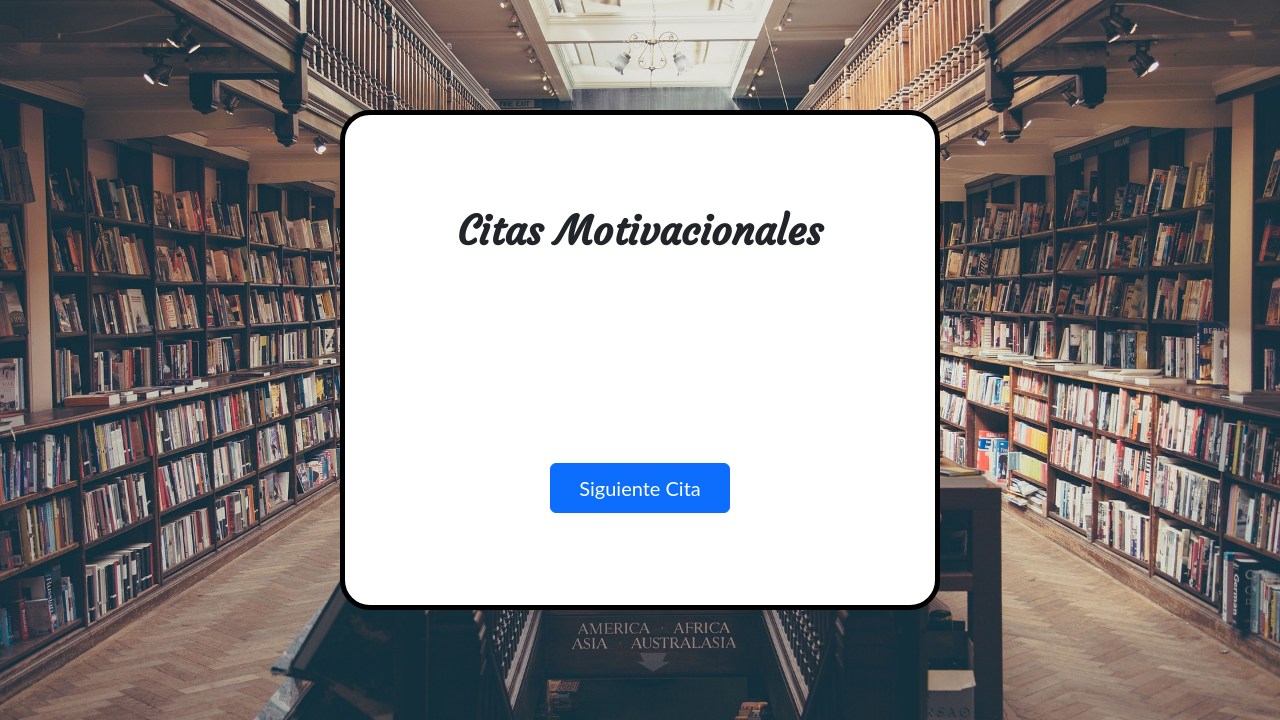
Repository: JoyMoGas/javascript-learn
Page: citas-aleatorias/index.html
The author's editor kept a copy of each file at every save. The page is drawn from the files as they stood at one save, then again after the next save.
The browser window is 1280 px wide. The pictures show the whole page.

Above is the page before, as saved 2024-05-12 17:53:06.
Console error: TypeError: Cannot read properties of undefined (reading 'texto')

### citas-aleatorias/index.html
<!DOCTYPE html>
<html lang="en">
  <head>
    <meta charset="UTF-8" />
    <meta name="viewport" content="width=device-width, initial-scale=1.0" />
    <title>Citas Aleatorias</title>
    <link href="https://cdn.jsdelivr.net/npm/bootstrap@5.3.3/dist/css/bootstrap.min.css" rel="stylesheet" integrity="sha384-QWTKZyjpPEjISv5WaRU9OFeRpok6YctnYmDr5pNlyT2bRjXh0JMhjY6hW+ALEwIH" crossorigin="anonymous">
    <link rel="stylesheet" href="styles.css" />

  </head>
  <body>
    <div class="contenedor contenido-centrado">
      <h1 id="titulo" class="contenido-centrado">Citas Motivacionales</h1>
      <div class="contenedor-interno contenido-centrado">
        <p id="citas" class="contenido-centrado"></p>
        <p id="autor" class="contenido-centrado"></p>
        <button type="button" id="boton-cambiar-cita" class="btn btn-primary">Siguiente Cita</button>
      </div>
    </div>

    <script src="https://cdn.jsdelivr.net/npm/bootstrap@5.3.3/dist/js/bootstrap.bundle.min.js" integrity="sha384-YvpcrYf0tY3lHB60NNkmXc5s9fDVZLESaAA55NDzOxhy9GkcIdslK1eN7N6jIeHz" crossorigin="anonymous"></script>
    <script src="citas.js"></script>
    <script src="app.js"></script>
  </body>
</html>

### citas-aleatorias/styles.css
@import url('https://fonts.googleapis.com/css2?family=Courgette&display=swap');

/* Estilos generales */
* {
  margin: 0;
  padding: 0;
  box-sizing: border-box;
  font-family: 'Lato', sans-serif;
}

body {
  display: flex;
  justify-content: center;
  align-items: center;
  height: 100vh;
  text-align: center;
  background: url(images/biblioteca.jpg) no-repeat center center/cover;
}

.contenido-centrado{
  display: flex;
  flex-wrap: wrap;
  align-items: center;
  justify-content: center;
}

/* Contenedor */
.contenedor {
  width: 80vw;
max-width: 600px;
min-height: 500px;
padding: 20px;
background-color: white;
border: 5px solid black;
border-radius: 30px;
}

.contenedor-interno {
  width: 80%;

}

/* Contenido */
#titulo {
  width: 100%;
  font-weight: bold;
  text-align: center;
  font-family: 'Courgette', cursive;
}

#cita {
  font-size: 32px;
  width: 100%;
  display: flex;
  align-items: center;
  justify-content: center;
  text-align: center;
  margin: 10px;
}

#autor {
  width: 100%;
  font-size: 25px;
  display: flex;
  align-items: center;
  justify-content: center;
  padding: 20px;
  font-family: 'Courgette', cursive;
}

#boton-cambiar-cita {
  width: 180px;
  height: 50px;
  font-size: 20px;
}

### citas-aleatorias/citas.js
let citas = [
  {
    autor: "Albert Einstein",
    texto: "No poseo talentos especiales. Solo soy apasionadamente curioso.",
  },
  {
    autor: "Anónimo",
    texto: "Semanas de programación te pueden ahorrar horas de planeación.",
  },
  {
    autor: "Alan Kay",
    texto: "La mejor forma de predecir el futuro es inventarlo.",
  },
  {
    autor: "Amelia Earhart",
    texto:
      "Lo más dificil es tomar la decisión de actuar. El resto es simplemente tenacidad.",
  },
  {
    autor: "Aristotle",
    texto: "La calidad no es un acto, es un hábito.",
  },
  {
    autor: "Benjamin Franklin",
    texto:
      "Dímelo y lo olvidaré. Enséñamelo y lo recordaré. Involúcrame y lo aprenderé.",
  },
  {
    autor: "Charles R. Swindoll",
    texto: "La vida es 10% lo que te ocurre y 90% cómo reaccionas.",
  },
  {
    autor: "Jane Goodall",
    texto:
      "Lo que haces hace una diferencia. Y debes decidir si qué tipo de diferencia quieres hacer.",
  },
  {
    autor: "John Muir",
    texto: "El poder de la imaginación nos hace infinitos.",
  },
  {
    autor: "Mark Twain",
    texto:
      "Los dos días más importantes de tu vida son el día que naciste y el día que descubres por qué.",
  },
];

### citas-aleatorias/app.js
let botonElem = document.getElementById('boton-cambiar-cita');
let citaElem = document.getElementById('cita');
let autorElem = document.getElementById('autor');

function generarEnteroAleatorio(min, max) {
  // Sin incluir max en los valores posibles
  return Math.floor(Math.floor() * (max - min) + min);
}

function cambiarCita(){
  let indiceAleatorio = generarEnteroAleatorio(0, citas.length);
  citaElem.innerText = `"${citas[indiceAleatorio].texto}"`;
  autorElem.innerText = citas[indiceAleatorio].autor;
}

cambiarCita();

botonElem.addEventListener('click', cambiarCita);

After the next save:
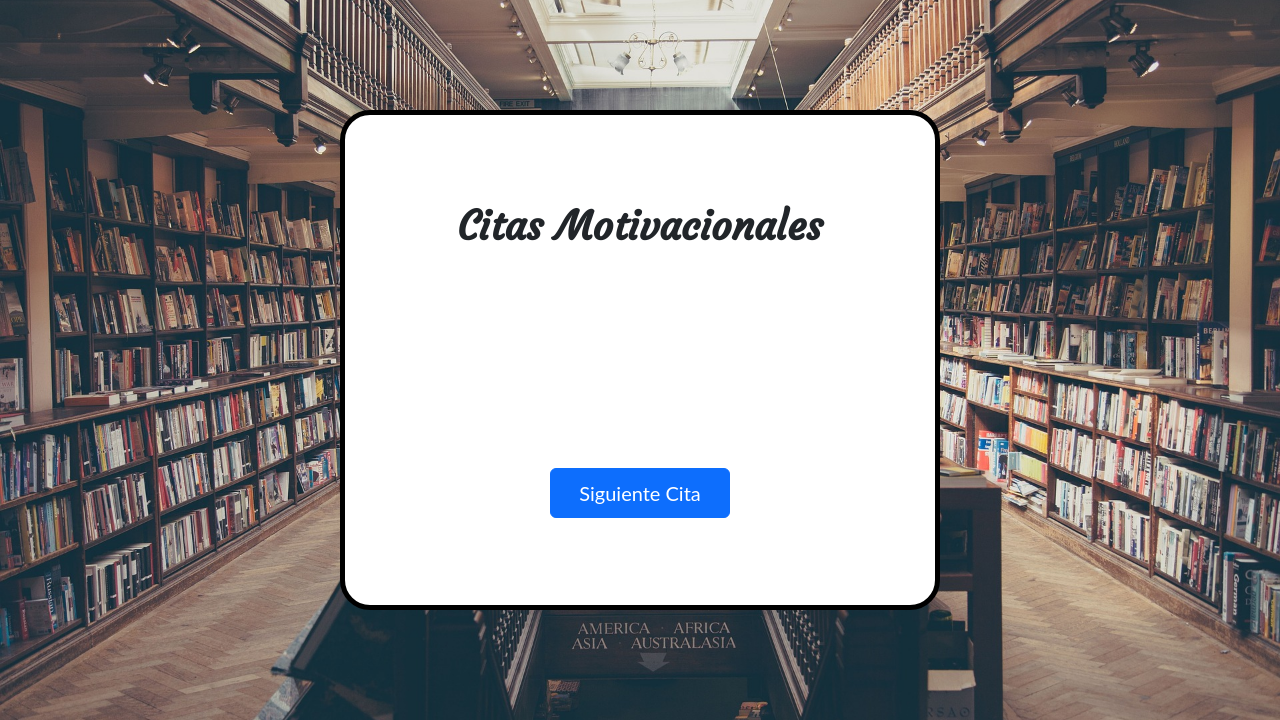
Saved 68 s later.
--- a/citas-aleatorias/index.html
+++ b/citas-aleatorias/index.html
@@ -12,7 +12,7 @@
     <div class="contenedor contenido-centrado">
       <h1 id="titulo" class="contenido-centrado">Citas Motivacionales</h1>
       <div class="contenedor-interno contenido-centrado">
-        <p id="citas" class="contenido-centrado"></p>
+        <p id="cita" class="contenido-centrado"></p>
         <p id="autor" class="contenido-centrado"></p>
         <button type="button" id="boton-cambiar-cita" class="btn btn-primary">Siguiente Cita</button>
       </div>
